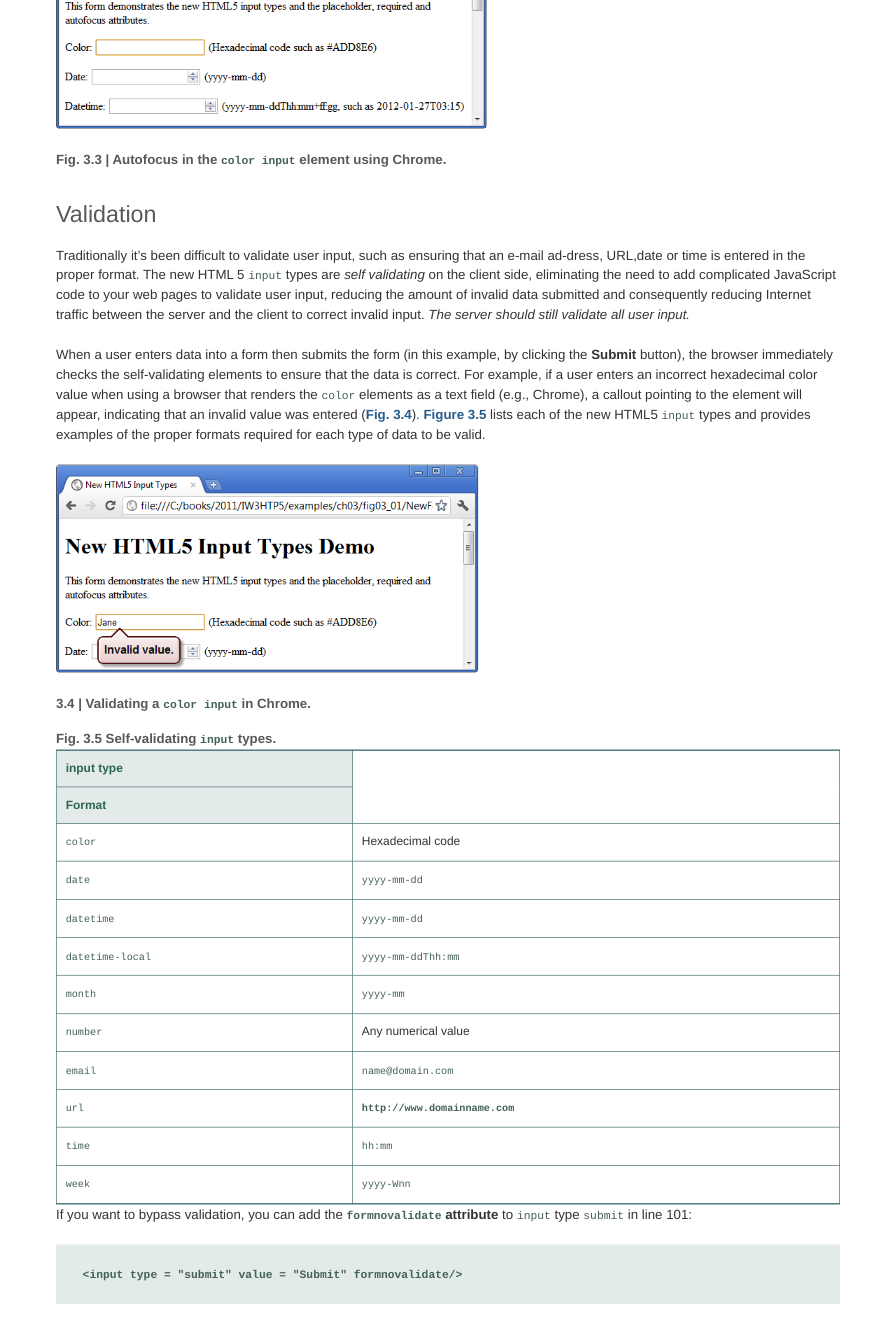
Repository: mlmEFSC21/P4-Textbook-Copy
Page: index.html
An editor plug-in stored every save of this project. The page is shown before and after the next save, followed by the edit.
The browser window is 1280 px wide. The pictures show the part of the page from y = 1144 to 3064 px (the page is 3064 px tall before and 3012 px after), at 70% of full size.

Above is the page before, as saved 2022-02-03 20:14:01.

### index.html
<!DOCTYPE html>
<html lang="en">
    <head>
        <meta charset="UTF-8" />
        <meta http-equiv="X-UA-Compatible" content="IE=edge" />
        <meta name="viewport" content="width=device-width, initial-scale=1.0" />
        <link rel="stylesheet" href="bookStyles.css" />
        <title>Laying Out Book Pages</title>
    </head>
    <body>
        <header>
            <!-- This is the header from the top of the page. Acts as a placeholder for Fig-1 as it wasn't included. -->
            <h1 id="fig-1-placeholder">
                3.2 New HTML5 Form <code><span class="header1">input</span></code> Types
            </h1>
        </header>
        <section class="color-input-type">
            <header>
                <h1>3.2.1 <code>input</code> Type <code>color</code></h1>
            </header>
            <p>
                The <code><span class="code-heavy">color input</span></code> type (<a
                    href="#fig-1-placeholder"
                    >Fig. 3.1</a
                >, lines 20–21) enables the user to enter a color. At the time of this writing, most
                browsers render the <code>color input</code> type as a text field in which the user
                can enter a hexadecimal code or a color name. In the future, when you click a
                <code>color input</code>, browsers will likely display a
                <em>color picker</em> similar to the Microsoft Windows color dialog shown in
                <a href="#color-input">Fig. 3.2.</a>
            </p>
            <figure>
                <img
                    src="images/OperaColorInput.png"
                    alt="Microsoft Windows color dialog"
                    id="color-input"
                />
                <figcaption>
                    <header>
                        <h1 class="fig-cap">Fig. 3.2 | A dialog for choosing colors.</h1>
                    </header>
                </figcaption>
            </figure>
        </section>
        <section class="autofocus-attribute">
            <header>
                <h1><code>autofocus</code> Attribute</h1>
            </header>
            <p>
                The <code><span class="code-heavy">autofocus</span></code>
                <strong>attribute</strong> (<a href="#fig-1-placeholder">Fig. 3.1</a>, line 20)—an
                optional attribute that can be used in only one <code>input</code> element on a
                form—automatically gives the focus to the <code>input</code> element, allowing the
                user to begin typing in that element immediately.
                <a href="#autofocus">Figure 3.3</a> shows <code>autofocus</code> on the
                <code>color</code> element—the first <code>input</code> element in our form—as
                rendered in Chrome. You do not need to include <code>autofocus</code> in your forms.
            </p>
            <figure>
                <img
                    src="images/Autofocus.png"
                    alt="web page demo of autofocus on a color input field"
                    id="autofocus"
                />
                <figcaption>
                    <header>
                        <h1 class="fig-cap">
                            Fig. 3.3 | Autofocus in the
                            <code><span class="code-heavy">color input</span></code> element using
                            Chrome.
                        </h1>
                    </header>
                </figcaption>
            </figure>
        </section>
        <section class="input-validation">
            <header>
                <h1>Validation</h1>
            </header>
            <p>
                Traditionally it’s been difficult to validate user input, such as ensuring that an
                e-mail ad-dress, URL,date or time is entered in the proper format. The new HTML 5
                <code>input</code> types are <em>self validating</em> on the client side,
                eliminating the need to add complicated JavaScript code to your web pages to
                validate user input, reducing the amount of invalid data submitted and consequently
                reducing Internet traffic between the server and the client to correct invalid
                input. <em>The server should still validate all user input.</em>
            </p>
            <p>
                When a user enters data into a form then submits the form (in this example, by
                clicking the <strong>Submit</strong> button), the browser immediately checks the
                self-validating elements to ensure that the data is correct. For example, if a user
                enters an incorrect hexadecimal color value when using a browser that renders the
                <code>color</code> elements as a text field (e.g., Chrome), a callout pointing to
                the element will appear, indicating that an invalid value was entered (<a
                    href="#self-validation"
                    >Fig. 3.4</a
                >). <a href="#fig-3.5-table">Figure 3.5</a> lists each of the new HTML5
                <code>input</code> types and provides examples of the proper formats required for
                each type of data to be valid.
            </p>
            <figure>
                <img
                    src="images/SelfValidationChrome.png"
                    alt="web page demo of validation preventing a non color input into a color input field"
                    id="self-validation"
                />
                <figcaption>
                    <header>
                        <h1 class="fig-cap">
                            3.4 | Validating a
                            <code><span class="code-heavy">color input</span></code> in Chrome.
                        </h1>
                    </header>
                </figcaption>
            </figure>
        </section>
        <section class="self-validating-types">
            <figure>
                <figcaption>
                    <header>
                        <h1 class="fig-cap">
                            Fig. 3.5 Self-validating
                            <code><span class="code-heavy">input</span></code> types.
                        </h1>
                    </header>
                </figcaption>
                <table class="validation-table" id="fig-3.5-table">
                    <thead>
                        <tr>
                            <th>input type</th>
                        </tr>
                        <tr>
                            <th>Format</th>
                        </tr>
                    </thead>
                    <tbody>
                        <tr>
                            <td><code>color</code></td>
                            <td>Hexadecimal code</td>
                        </tr>
                        <tr>
                            <td><code>date</code></td>
                            <td><code>yyyy-mm-dd</code></td>
                        </tr>
                        <tr>
                            <td><code>datetime</code></td>
                            <td><code>yyyy-mm-dd</code></td>
                        </tr>
                        <tr>
                            <td><code>datetime-local</code></td>
                            <td><code>yyyy-mm-ddThh:mm</code></td>
                        </tr>
                        <tr>
                            <td><code>month</code></td>
                            <td><code>yyyy-mm</code></td>
                        </tr>
                        <tr>
                            <td><code>number</code></td>
                            <td>Any numerical value</td>
                        </tr>
                        <tr>
                            <td><code>email</code></td>
                            <td><code>name@domain.com</code></td>
                        </tr>
                        <tr>
                            <td><code>url</code></td>
                            <td>
                                <a href="http://www.domainname.com"
                                    ><code>http://www.domainname.com</code></a
                                >
                            </td>
                        </tr>
                        <tr>
                            <td><code>time</code></td>
                            <td><code>hh:mm</code></td>
                        </tr>
                        <tr>
                            <td><code>week</code></td>
                            <td><code>yyyy-Wnn</code></td>
                        </tr>
                    </tbody>
                </table>
            </figure>
            <aside>
                <p>
                    If you want to bypass validation, you can add the
                    <code><span class="code-heavy">formnovalidate</span></code>
                    <strong>attribute</strong> to <code>input</code> type <code>submit</code> in
                    line 101:
                </p>
                <div class="form-no-val">
                    <span class="code-heavy"
                        ><code
                            >&lt;input type = "submit" value = "Submit" formnovalidate/&gt;</code
                        ></span
                    >
                </div>
            </aside>
        </section>
    </body>
</html>

### bookStyles.css
:root {
    --clr-prime: #;
    --clr-font-prime: #333;
    --clr-font-code: #446256;
    --clr-font-links: #275b8a;
    --clr-font-fig-figcap: #585858;
    --clr-table-border: #467273;
    --clr-background: white;
    --clr-background-accent: rgba(70, 114, 115, 0.15);
}
*,
*::before,
*::after {
    margin: 0;
    padding: 0;
    box-sizing: border-box;
}
html {
    font-size: 19px;
    font-family: sans-serif;
}
body {
    font-family: "Helvetica Neue", Helvetica, Arial, "Lucida Grande", sans-serif;
    margin: 57px 0;
    padding: 0 80px;
    padding: auto;
    line-height: 1.5;
    background-color: var(--clr-background);
    color: var(--clr-font-prime);
}
h1 {
    font-size: 2.5em;
    margin-top: 1.15em;
    margin-bottom: 0.6em;
    font-style: normal;
    font-weight: 300;
    line-height: 1.5;
}
section header h1 {
    color: #585858;
    font-size: 1.75em;
    font-style: normal;
    font-weight: 300;
}
h1,
code {
    color: var(--clr-font-code);
}
figure figcaption {
    margin-top: 0.75em;
    color: var(--clr-font-fig-figcap);
    font-weight: 300;
}
figure header h1 {
    margin-bottom: 0;
    font-size: 1em;
    color: var(--clr-font-fig-figcap);
    font-weight: 700;
}
code {
    font-family: Courier, "Courier New", monospace;
    font-size: 0.85em;
}
.code-heavy {
    font-weight: 900;
}
p {
    margin-bottom: 1.5em;
}
table {
    width: 100%;
    border-style: solid;
    border-width: 2px 1px 2px;
    border-color: var(--clr-table-border);
    border-radius: 0;
    font-size: 0.9em;
    line-height: 1.5em;
    border-collapse: collapse;
}
th {
    padding: 0.75em;
    margin: 0;
    vertical-align: top;
    text-align: left;
    color: #2c6655;
    font-style: normal;
    font-weight: 600;
    border: 1px solid var(--clr-table-border);
}
tbody {
    display: table-row-group;
}
tr {
    display: table-row;
    vertical-align: baseline;
}
table td {
    border: 1px solid var(--clr-table-border);
    padding: 0.75em;
    margin: 0;
    vertical-align: top;
    text-align: left;
}
div {
    padding: 1.5em 0 1.5em 2em;
}
th,
div {
    background-color: var(--clr-background-accent);
}
a {
    color: var(--clr-font-links);
    text-decoration: none;
    font-weight: 700;
    cursor: pointer;
}

After the next save:
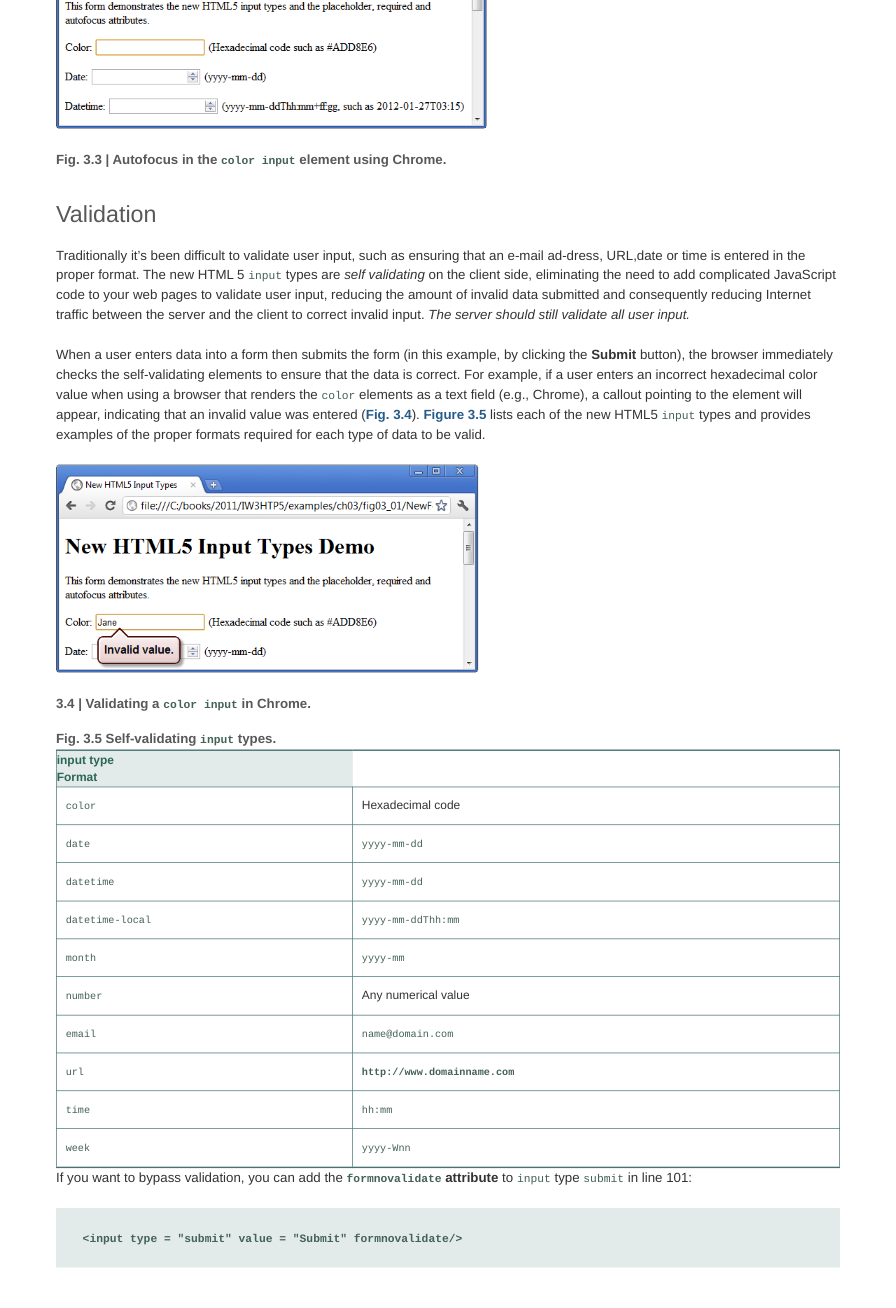
Saved 9 s later.
--- a/bookStyles.css
+++ b/bookStyles.css
@@ -77,7 +77,7 @@
     line-height: 1.5em;
     border-collapse: collapse;
 }
-th {
+table thead {
     padding: 0.75em;
     margin: 0;
     vertical-align: top;

After the save that followed:
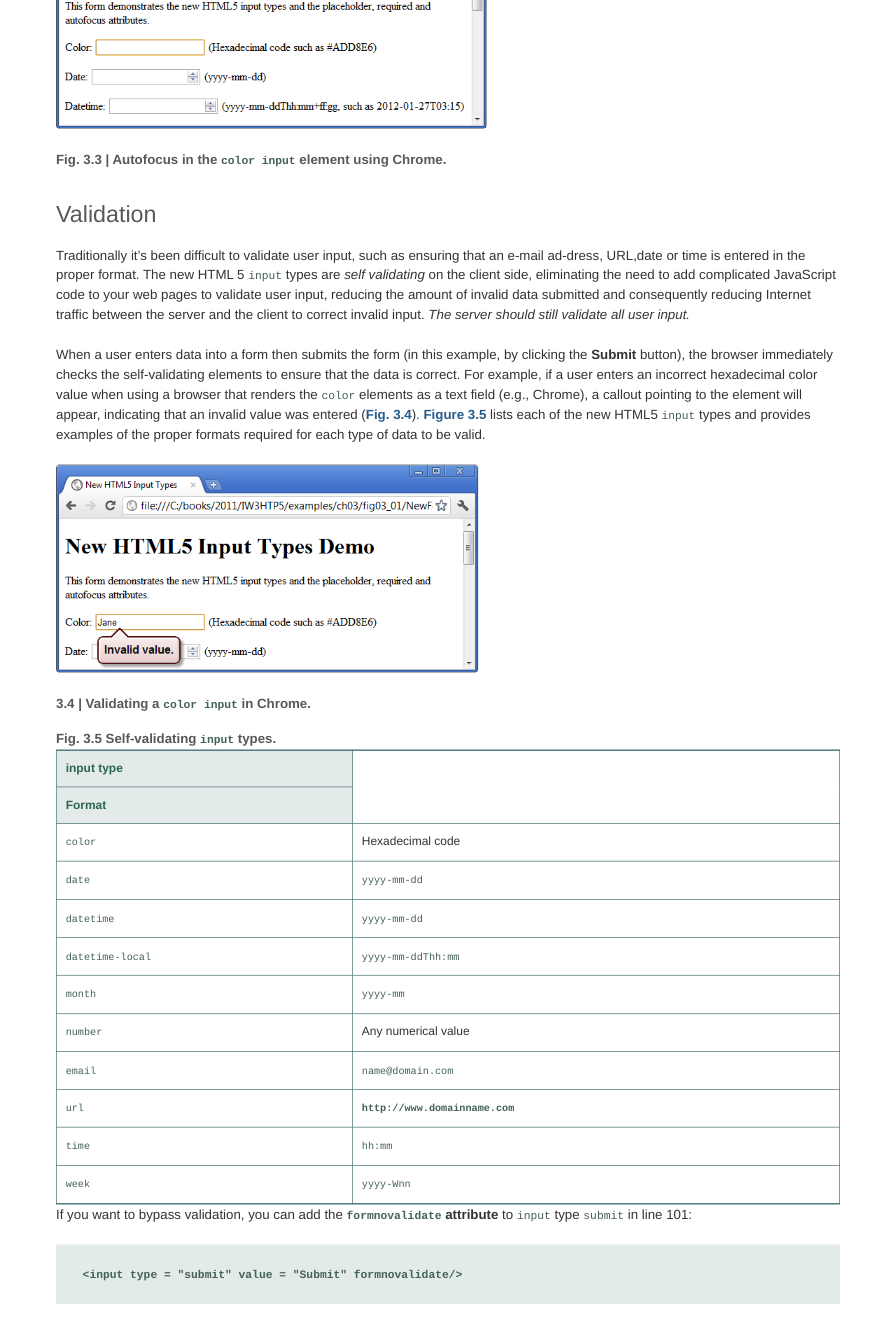
Saved 10 s later.
--- a/bookStyles.css
+++ b/bookStyles.css
@@ -77,7 +77,7 @@
     line-height: 1.5em;
     border-collapse: collapse;
 }
-table thead {
+table thead tr th {
     padding: 0.75em;
     margin: 0;
     vertical-align: top;
